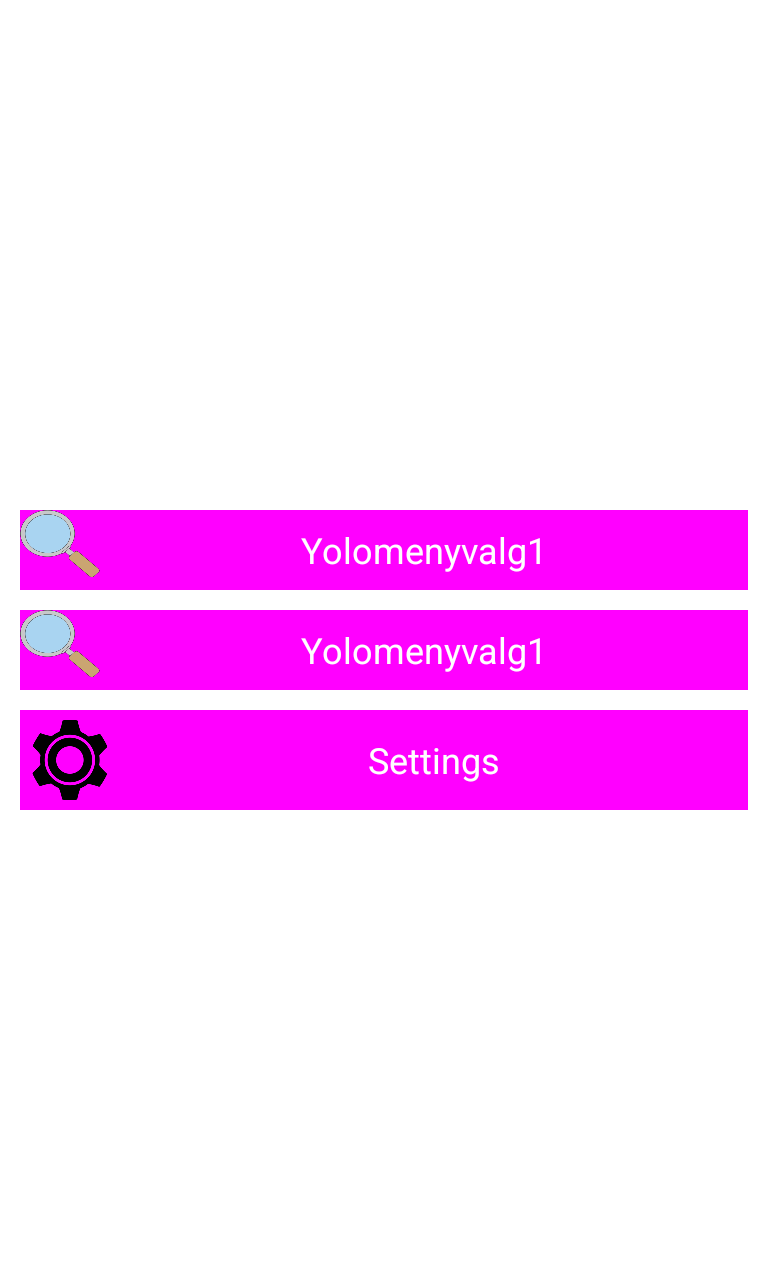
Repository: pumalove/workspace
Layout: MainActivity/res/layout/gridview.xml
An editor plug-in stored every save of this project. The layout is shown before and after the next save, followed by the edit.
It is drawn on a 768 x 1280 px phone screen (xhdpi) without system bars, with theme AppTheme; the app's code is not run. Lists and similar views that code fills are empty.

Above is the layout before, as saved 2014-03-18 10:44:32.

After the next save:
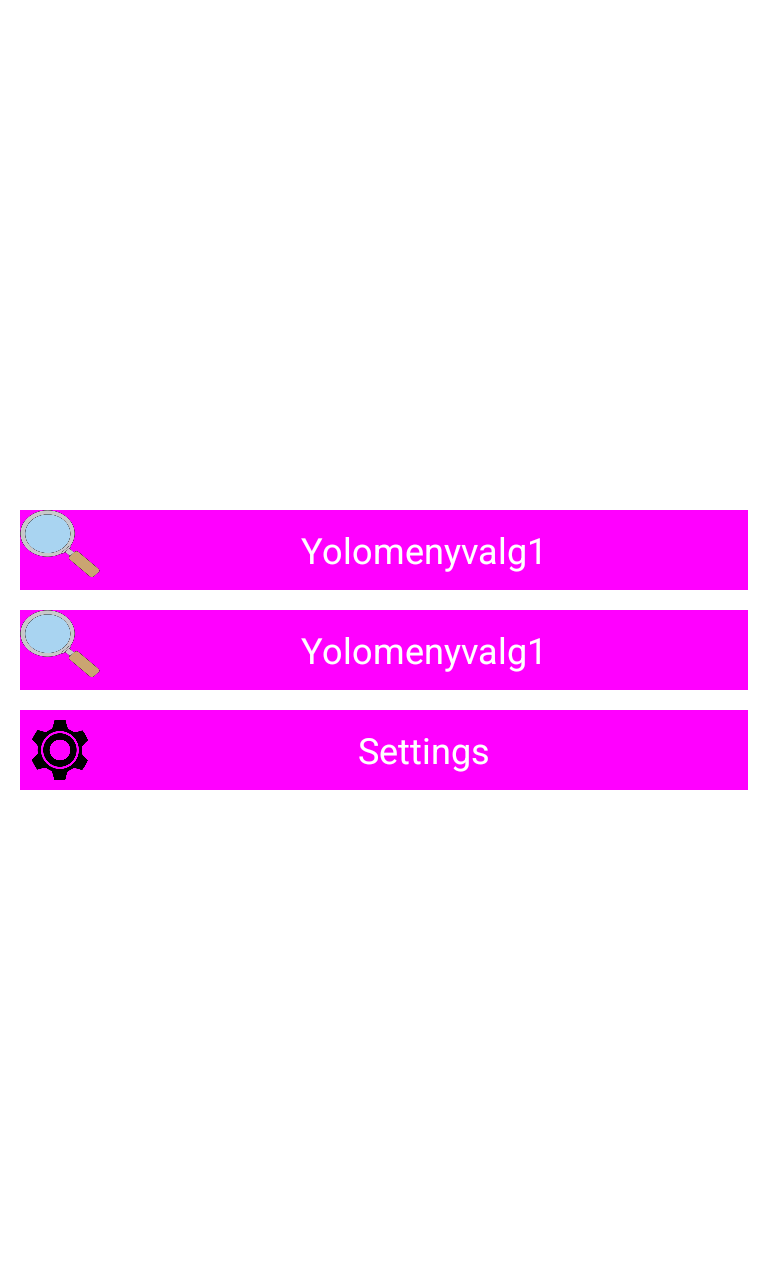
Saved 102 s later.
--- a/MainActivity/res/layout/gridview.xml
+++ b/MainActivity/res/layout/gridview.xml
@@ -119,7 +119,7 @@
                 android:layout_height="40dp"
                 android:scaleType="centerCrop"
                 android:src="@drawable/settings"
-                android:layout_margin="5dp" />
+                android:padding="5dp" />
 
             <LinearLayout
 			    android:layout_width="fill_parent"
